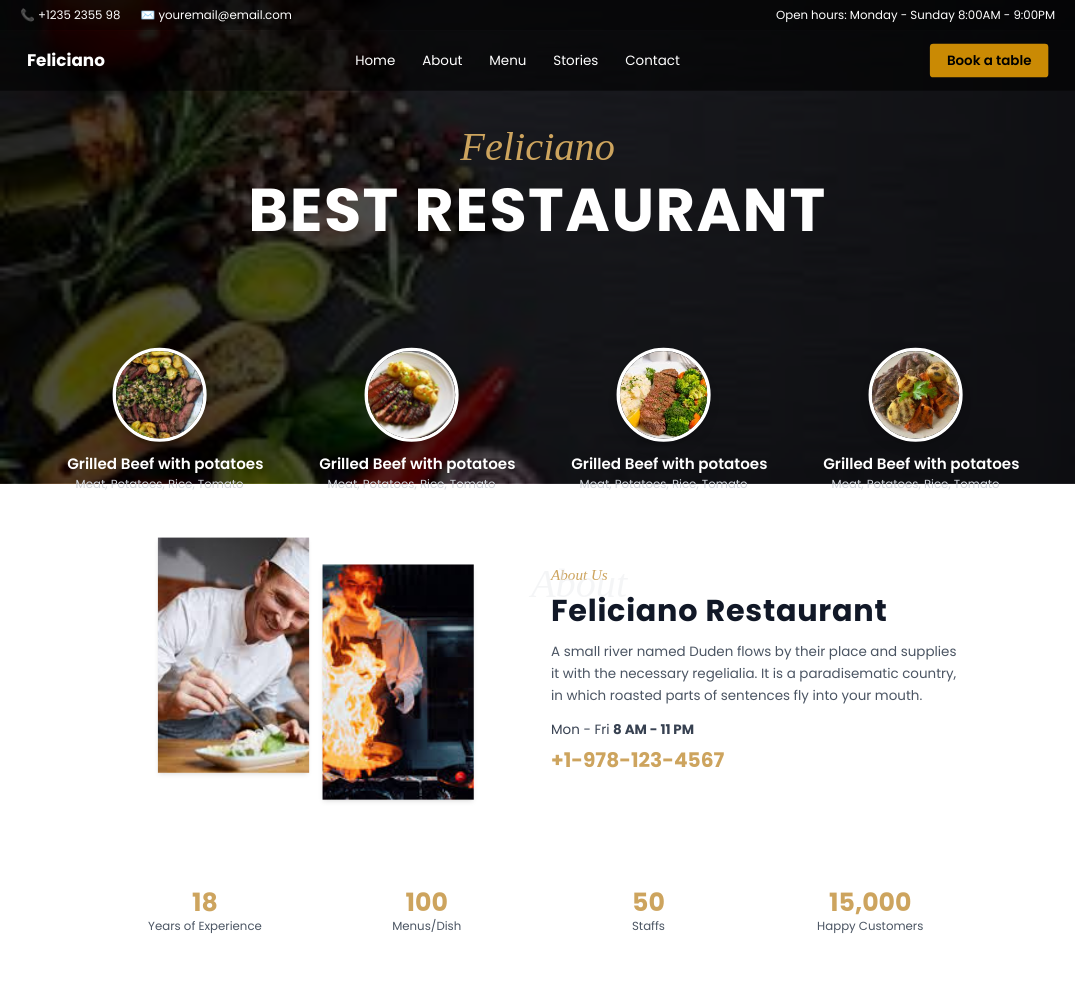
Repository: Purniagithub/Benttacproject
Page: /
These files come from the project's save history. The page is drawn as it stood at one moment and after the next save; the edit follows.
The browser window is 1280 px wide. The pictures show the whole page, at 84% of full size.
Some web fonts or font styles are not loaded; a fallback is used. The project was rebuilt for these pictures with package versions that can differ from the ones it lists, and the page was loaded fresh each time. Also part of the build but not shown: vite.config.js.

Above is the page before, as saved 2025-08-21 17:29:42.

After the next save:
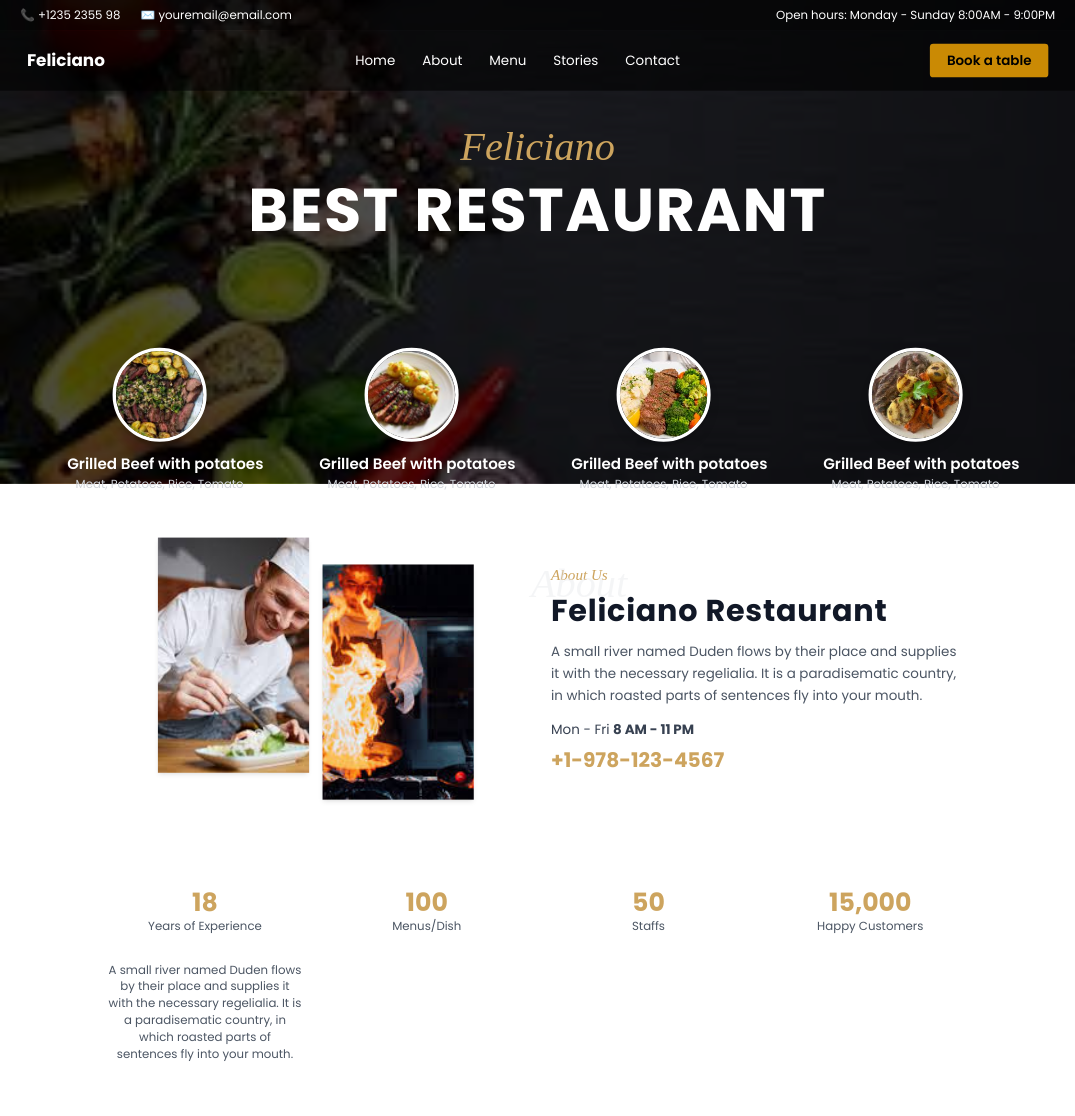
Saved 58 s later.
--- a/src/components/AboutSection.jsx
+++ b/src/components/AboutSection.jsx
@@ -65,6 +65,11 @@ export default function AboutSection() {
             <h4 className="text-3xl font-bold text-[#CDA45E]">15,000</h4>
             <p className="text-sm text-gray-600">Happy Customers</p>
           </div>
+          <div className="text-center">
+            <p className="text-sm text-gray-600">A small river named Duden flows by their place and supplies it
+              with the necessary regelialia. It is a paradisematic country, in
+              which roasted parts of sentences fly into your mouth.</p>
+          </div>
         </div>
       </div>
     </section>
